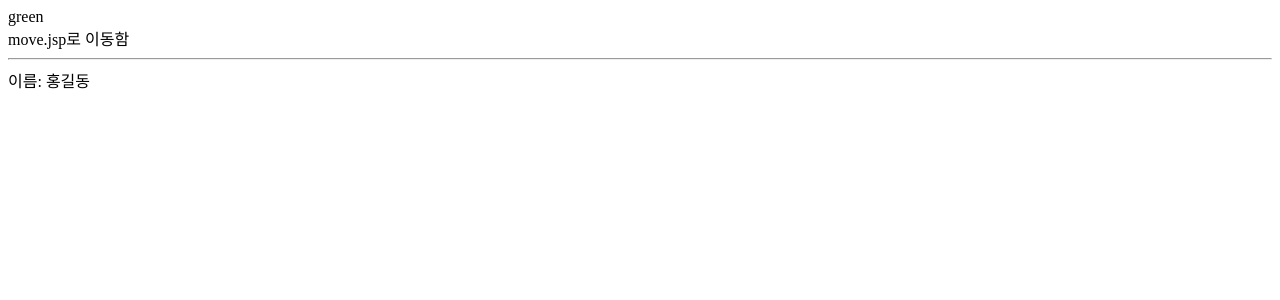
Repository: Jin0207/jsp
Page: http://localhost/day1213/red.jsp
The author's editor kept a copy of each file at every save. The page is drawn from the files as they stood at one save, then again after the next save.
The browser window is 1280 px wide. The pictures show the whole page.
The page is served by Tomcat 9. Other server files are loaded and not shown.

Above is the page before, as saved 2021-12-13 03:40:30.

### day1213/src/main/webapp/red.jsp
<%@page import="java.net.URLEncoder"%>
<%@ page language="java" contentType="text/html; charset=EUC-KR"
    pageEncoding="EUC-KR"%>
<!DOCTYPE html>
<html>
<head>
<meta charset="EUC-KR">
<title>Insert title here</title>
</head>
<body bgcolor="red">
	<h2>red입니다.</h2>
	<hr>
	<jsp:forward page="move.jsp">
		<jsp:param value="green" name="bgcolor"/>
		<jsp:param value='<%=URLEncoder.encode("홍길동") %>' name="name"/>
	</jsp:forward>
</body>
</html>

### day1213/src/main/webapp/move.jsp
<%@page import="java.net.URLDecoder"%>
<%@ page language="java" contentType="text/html; charset=EUC-KR"
    pageEncoding="EUC-KR"%>
<!DOCTYPE html>
<html>
<head>
<meta charset="EUC-KR">
<title>Insert title here</title>
</head>
<body>
	<%
		String color = request.getParameter("bgcolor");
		out.print(color);
		String name = URLDecoder.decode(request.getParameter("name"));
	%>
	<div bgcolor="<%=color%>">
		move.jsp로 이동함
		<hr>
		이름: <%=name %>
	</div>
</body>
</html>

After the next save:
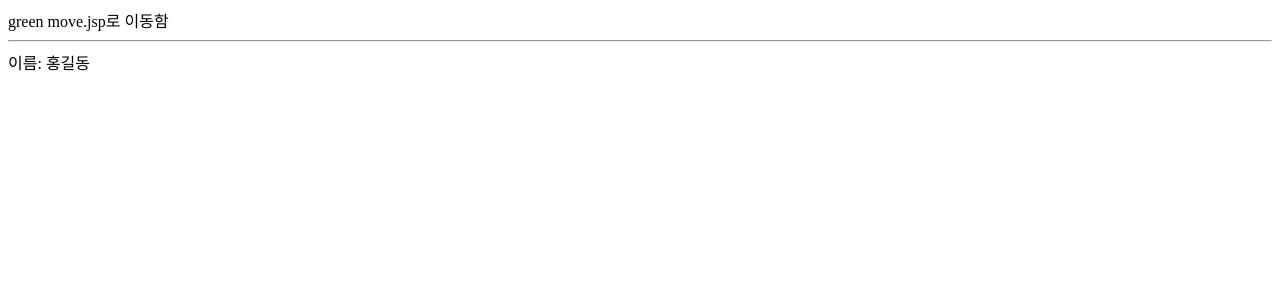
Saved 14 s later.
--- a/day1213/src/main/webapp/move.jsp
+++ b/day1213/src/main/webapp/move.jsp
@@ -13,10 +13,8 @@
 		out.print(color);
 		String name = URLDecoder.decode(request.getParameter("name"));
 	%>
-	<div bgcolor="<%=color%>">
 		move.jsp로 이동함
 		<hr>
 		이름: <%=name %>
-	</div>
 </body>
 </html>
